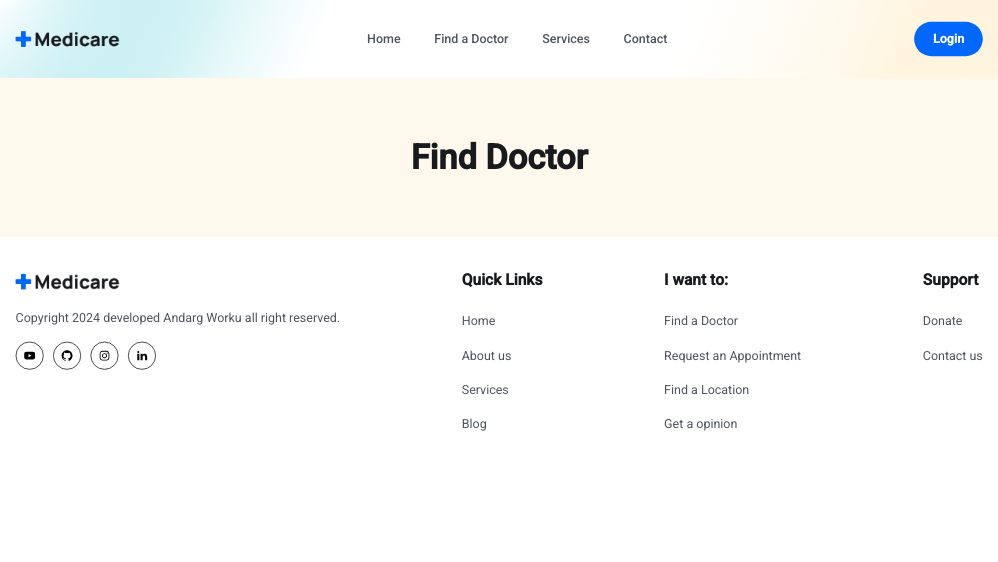
Repository: Andarg01/Mcare
Page: /doctors (app in frontend/)
An editor plug-in stored every save of this project. The page is shown before and after the next save, followed by the edit.
The browser window is 1280 px wide. The pictures show the whole page, at 78% of full size.
Some web fonts or font styles are not loaded; a fallback is used. The project was rebuilt for these pictures with package versions that can differ from the ones it lists, and the page was loaded fresh each time. Also part of the build but not shown: frontend/vite.config.js, frontend/src/assets/data/faqs.js, frontend/src/components/Faq/FaqItem.jsx, frontend/src/components/Faq/FaqList.jsx, frontend/src/components/Doctors/DoctorList.jsx, frontend/src/assets/data/services.js, frontend/src/components/Services/ServiceCard.jsx, frontend/src/components/Services/ServiceList.jsx and 3 more.

Above is the page before, as saved 2024-03-20 07:01:15.

After the next save:
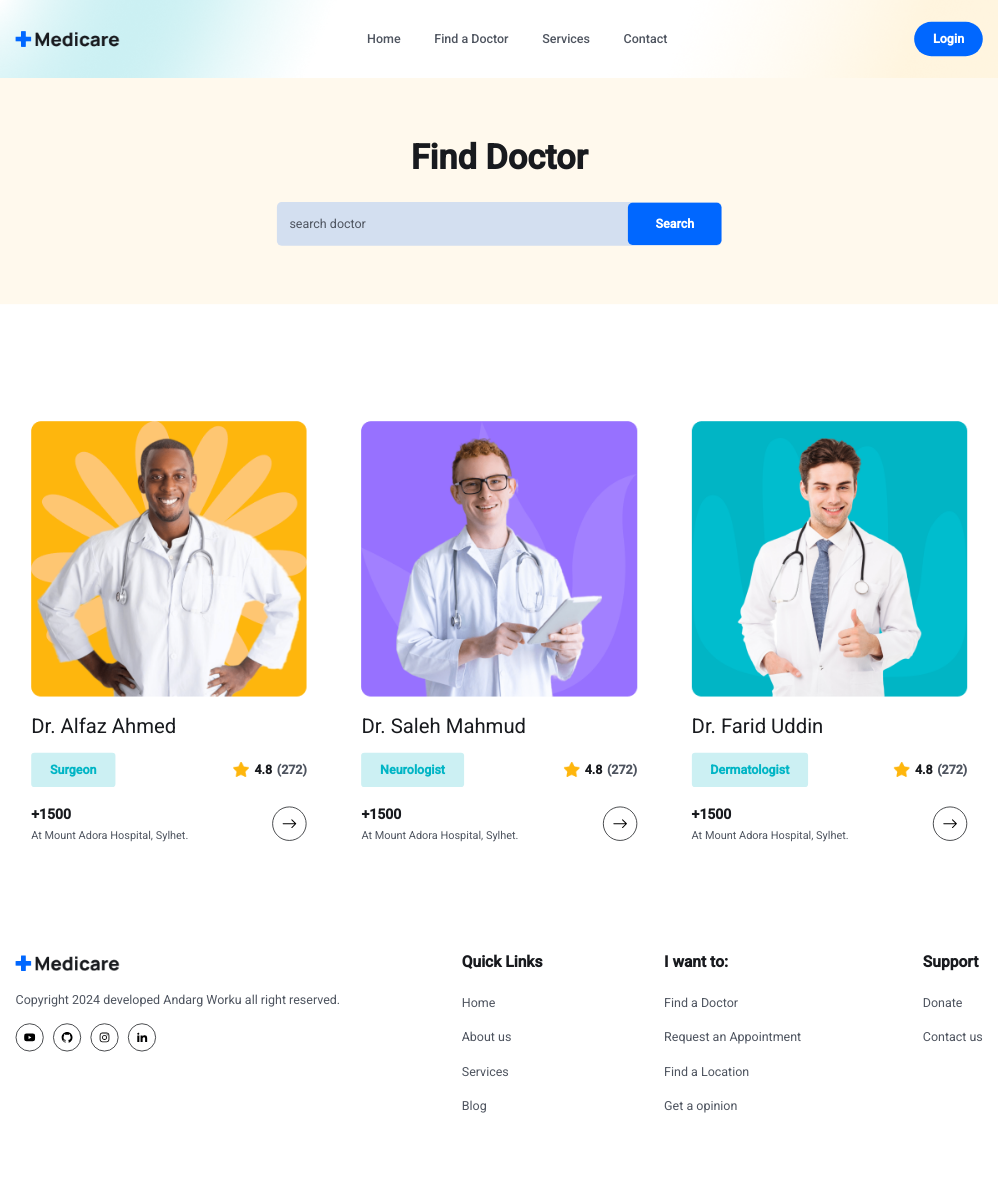
Saved 16 min 3 s later.
--- a/frontend/src/pages/Doctors/Doctors.jsx
+++ b/frontend/src/pages/Doctors/Doctors.jsx
@@ -12,6 +12,30 @@ const Doctors = () => {
         h2 className = "heading" >
         Find Doctor <
         /h2> <
+        div className = "max-w-[570px] mt-[30px] mx-auto bg-[#0066ff2c] rounded-md flex items-center justify-between" >
+        <
+        input type = "search"
+        className = "py-4 pl-4 pr-2 bg-transparent w-full focus:outline-none cursor-pointer placeholder:text-textColor"
+        placeholder = "search doctor" / >
+        <
+        button className = "btn mt-0 rounded-[0px] rounded-md" >
+        Search <
+        /button> <
+        /div> <
+        /div> <
+        /section> <
+        section >
+        <
+        div className = "container" >
+        <
+        div className = "grid grid-cols-1 sm:grid-cols-2 md:grid-cols-3 gap-5 lg:gap-[30px] mt-[30px] lg:mt-[55px]" > {
+            doctors.map(doctor => ( <
+                DoctorCard key = { doctor.id }
+                doctor = { doctor }
+                />
+            ))
+        } <
+        /div> <
         /div> <
         /section> <
         />
